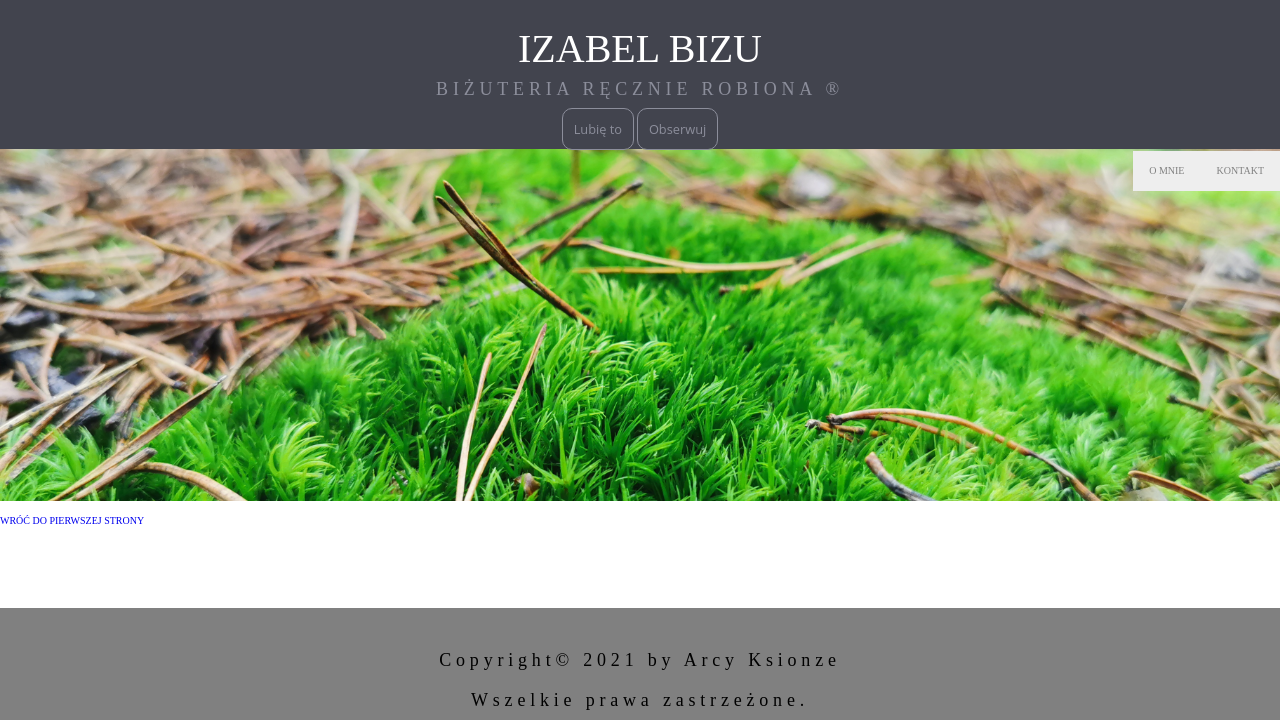
Repository: arcyksionze/strona_izy
Page: index2.html
The author's editor kept a copy of each file at every save. The page is drawn from the files as they stood at one save, then again after a run of saves.
The browser window is 1280 px wide. The pictures show the whole page.
Some web fonts or font styles are not loaded; a fallback is used.

Above is the page before, as saved 2021-04-11 23:17:03.

### index2.html
<!DOCTYPE html>
<html lang="pl">

<head>
    <link rel="stylesheet" type="text/css" href="main2.css">
    <meta charset="UTF-8">
    <meta http-equiv="X-UA-Compatible" content="IE=edge">
    <meta name="viewport" content="width=device-width, initial-scale=1"> <!-- pozwala średzić w przeglądarce wygląd -->
    <meta name="arcy" content="arcy ksionze">
    <meta name="description" content="Biżuteria ręcznie robiona. ">
    <!-- bardzo ważny parametr w content opisuemy krótko to co wyświetlane jes póżniej pod tytułem strony w wyszukiwarce -->
    <title>Izabel-BIZU: Biżuteria ręcznie robiona</title>
    <link rel="preconnect" href="https://fonts.gstatic.com">
    <link href="https://fonts.googleapis.com/css2?family=Merienda&display=swap" rel="stylesheet">
    <!-- ważne aby wybrać czcionkę oznaczoną jako Latin Extended wtedy mamy pewność, że polskie znaki będą obsługiwane -->
</head>

<body>
    <header class="sek1">
        <div class="nag">
            <h1>IZABEL BIZU</h1>
        </div>

        <div class="akap">
            <p>BIŻUTERIA RĘCZNIE ROBIONA &reg; </p>
        </div>

        <div class="przycisk">
            <a class="przycisk1" href="#">Lubię to</a>
            <a class="przycisk2" href="#">Obserwuj</a>
        </div>
    </header>

    <nav class="sek2">
        <ul>
            <li><a href="#" class="kontakt">KONTAKT</a></li>
            <li><a href="#" class="omnie">O MNIE</a></li>
        </ul>
    </nav>

    <div class="sek3">
        <h2></h2>
        <!-- target blank powoduje otwarcie nowej zakładki po kliknięciu. target stosujemy tylko wtedy kiedy chcemy aby link przekierował kogoś na zewnętrzną lokalizację, w ramach naszej strony nie stosujemy tego typu rozwiązania. Jeśli chcemy aby po kliknięciu nastąpiło przeniesienie na jakąć część/sekcję na danej stronie stosujemy identyfikatory id i dodajemy w href="#nazwasekcji"-->
    </div>
    <!--
    <div class="sek6">
      <a href="http://www.eduweb.pl" target="blank"> eduweb.pl</a>
      <a href="https://www.google.com" target="blank">Google</a>
      <a href="https://twitter.com" target="blank">Twitter</a>
			<a href="https://www.facebook.com" target="blank">Facebook</a>
    </div>
-->
    <div class="sek4">
        <a href="index.html" title="Powrót do strony 1">WRÓĆ DO PIERWSZEJ STRONY </a>
        <!-- <a href="index3.html" title="Powrót do strony 1">Do przodu</a> -->
    </div>
    <footer class="sek5">
        <p>Copyright&copy; 2021 by Arcy Ksionze</p>
        <p>Wszelkie prawa zastrzeżone.</p>
    </footer>

</body>

</html>

### main2.css
/* reset meyere */
@import url("reset-css.css");

@font-face {
	font-family: "alex";
	src: url("alex.ttf");
	src: url(KaushanScript-Regular.otf);
}

@font-face {
	font-family: "kau";
	src: url(KaushanScript-Regular.otf);
}

body {
	/* WSZYSTKO */
	font-family: Merriweather, 'Times New Roman', serif;
	font-size: 10px;
	line-height: 2.5rem;
	/* odstęp pomiędzy wierszami */
}

/*
1) font-weight: pogrubienie tekstu
2) line-height: odstępy pomiędzy wierszami tekstu
3) font-style: tekst pochylony
4) text-indent: wcięcie w tekście w rem
5) text-transform: uppercase - zmienia trzcionkę na WIELKIE LITERY
6) text-decoration: np możemy ustawiś podkreślanie textu
*/

h1 {
	/* IZABEL BIZU */
	font-size: 2.5rem;
}

h2 {
	/* to jest pierwsza podstrona */
	font-family: 'Open Sans'Arial, sans-serif;
	font-size: 1.6rem;
	color: #e5127d;
}

p {
	/*Biżuteria ręcznie robiona i ...:)  */
	font-size: 1.125rem;
	/* wielkość czcionki */
	letter-spacing: 0.3rem;
	/* odległość pomiędzy literami */
	color: #8c8e9b;
}

a {
	/* wszystkie a: lubię to, Obserwuj, pokaż więcej i pokaż więcej postów */
	text-decoration: none;
	/* brak podkreślenia w "a" lubię to i Obserwuj */
}

.sek1 {
	/* to jest nagłówek z IZABEL BIZU, BIŻUTERIA RĘCZNIE ROBIONA ORAZ LUBIĘ TO I OBSERWUJ */
	display: flex;
	flex-direction: column;
	text-align: center;
	background-color: #42444e;
	color: white;
	width: 100vw;
	padding-top: 1.8rem;
}

.przycisk1,.przycisk2 {
	font-family: "Open Sans", sans-serif;
	font-size: 0.8rem;
	border: 1px solid #8c8e9b;
	/* obwódka, krawędź */
	color: #8c8e9b;
	border-radius: 10px;
	/* zaokrąglone krawędzie obwódki */
	padding: 0.7rem;
	;
}

.przycisk1:hover {
	border: 1px solid gray;
	background-color: aqua;
}

.przycisk2:hover {
	border: 1px solid gray;
	background-color: aqua;
}

.sek2 {
	text-align: center;
	width: 100%;
	height: 2.5rem;
}

.kontakt,
.omnie {
	display: inline-block;
	float: right;
	background-color: #eee;
	color: gray;
	padding-left: 1rem;
	padding-right: 1rem;
}

.omnie:hover {
	background-color: aqua;
}

.kontakt:hover {
	background-color: aqua;
}

.sek3 {
	background-image: url(obrazy/IMG_20210106_140751.jpg);
	background-size: cover;
	background-repeat: no-repeat;
	background-position: center center;
	margin-top: -2.6rem;
	font-family: 'Merienda';
	height: 6rem;
	text-align: center;
	padding: 10%;
}

.sek4 {
	position: fixed;
	color: purple;
	text-align: right;
}

.sek5 {
	position: absolute;
	width: 100%;
	height: 5rem;
	bottom: 0;
	background-color: grey;
	text-align: center;
	padding-top: 2rem;
}

.sek5 p {
	color: black;
}

.sek6 {
	width: 100%;
	height: 5rem;
	text-align: center;
}

.sek6 a:link {
	/* nieodwiedzony link */
	/* kolejność tych pozycji jest istotna */
	color: #FF0000;
}

/* odwiedzony link */
.sek6 a:visited {
	color: #00FF00;
}

/* po najechaniu */
.sek6 a:hover {
	color: #FF00FF;
	padding: 20px;
	background-color: cornflowerblue;
	font-size: 40px;
}

/* aktywny */
.sek6 a:active {
	color: #0000FF;
}


/* margin: 1 2 3 4 tzn. 1 górny margines, 2 prawy, 3 dolny, 4 lewy; jeśli wpiszemy tylko dwie wartości będą oznaczały: 1-góra i dół 2- prawo i lewo; wielkość np 20px auto oznacza że 20px to margines górny i dolny natomiast lewy iprawy będzie ustawiony automatycznie */

/* 1em i 1rem=100% */

/* POZYCJONOWANIE */
/*
1) position: relative - pozwala nam dodawanie marginesów z ręki. np. margin-top itp. kontenery mogą się na siebie nachodzić
2) position: absolute: odnosi się do rodzica
3) position: fixed - ustawia kontemer zawsze w tym samym miejscu przeglądarki podczas przeciągania
4) float left lub right jest to opcja powodująca opływanie tekstu. clear: both skreśla wcześniejsze float left lub right

*/

Loaded but not shown: reset-css.css (common file)

After the next 2 saves:
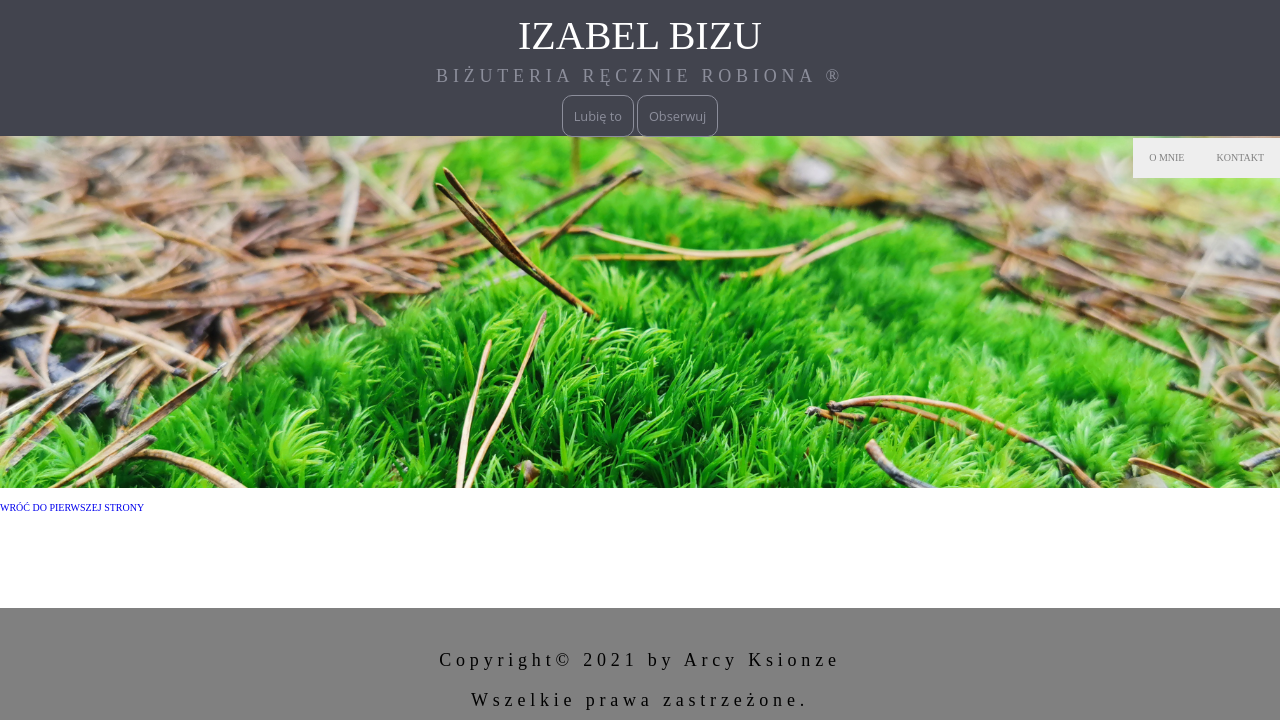
The 2 saves are shown as one change because they came seconds apart.
The last was saved 9 s later.
--- a/main2.css
+++ b/main2.css
@@ -64,7 +64,7 @@
 	background-color: #42444e;
 	color: white;
 	width: 100vw;
-	padding-top: 1.8rem;
+	padding-top: 1rem;
 }
 
 .przycisk1,.przycisk2 {
